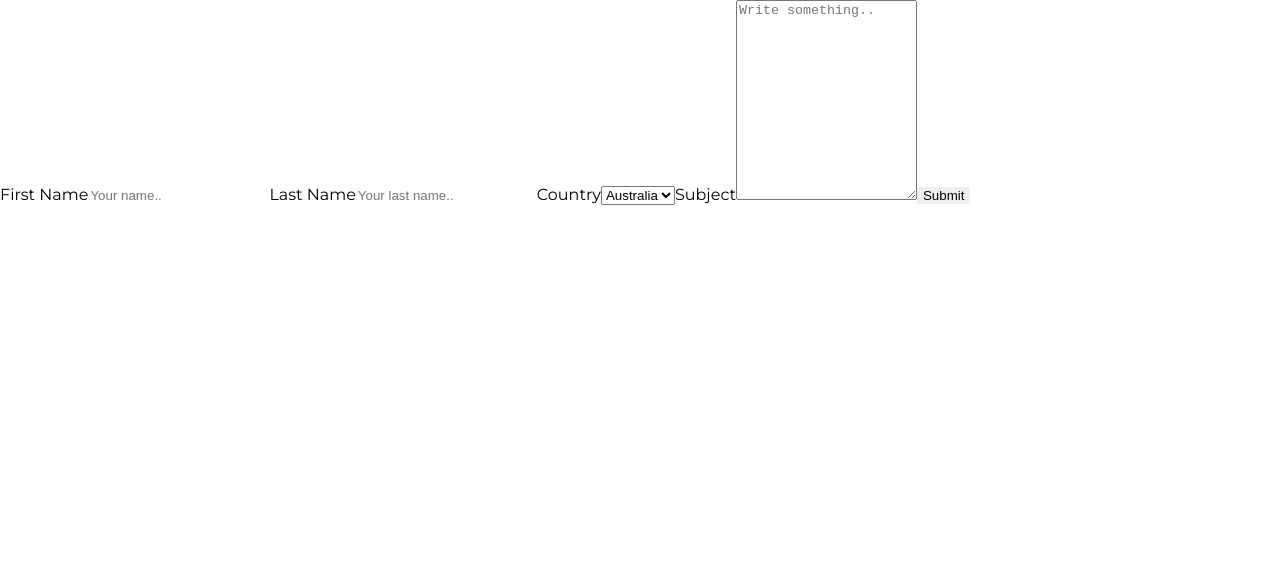
Repository: gabe126679/Mikes-site
Page: /contact
These files come from the project's save history. The page is drawn as it stood at one moment and after the next save; the edit follows.
The browser window is 1280 px wide. The pictures show the whole page.
Some web libraries are served in a nearby version. The project was rebuilt for these pictures with package versions that can differ from the ones it lists, and the page was loaded fresh each time. Also part of the build but not shown: src/components/Navbar.jsx, src/components/Header.jsx, src/components/Howitworks.jsx, src/components/Contact.jsx, src/components/About.jsx, src/components/Agentbox.jsx, src/components/Agent.jsx, src/components/PageAbout.jsx and 5 more.

Above is the page before, as saved 2022-04-19 15:13:26.

### public/index.html
<!DOCTYPE html>
<html lang="en">
  <head>
    <meta charset="utf-8" />
    <link rel="icon" href="%PUBLIC_URL%/favicon.ico" />
    <meta name="viewport" content="width=device-width, initial-scale=1" />
    <meta name="theme-color" content="#000000" />
    <meta
      name="description"
      content="Web site created using create-react-app"
    />
    <link rel="apple-touch-icon" href="%PUBLIC_URL%/logo192.png" />

    <link rel="manifest" href="%PUBLIC_URL%/manifest.json" />
    <script src="https://kit.fontawesome.com/95dc93da07.js"></script>
    <title>Mike's Homes</title>
  </head>
  <body>
    <noscript>You need to enable JavaScript to run this app.</noscript>
    <div id="root"></div>

  </body>
</html>

### src/index.js
import React from 'react';
import ReactDOM from 'react-dom/client';
import './index.css';
import App from './App';

// import About from './components/About';
// import {
//   BrowserRouter,
//   Routes,
//   Route,
// } from "react-router-dom";

const root = ReactDOM.createRoot(document.getElementById('root'));
root.render(
//   <BrowserRouter>
//     <Routes>
//       <Route path="/" element={<App />}>
//       <Route path="homes" element={<About />} />
//         {/* <Route path="teams" element={<Teams />}>
//             <Route path=":teamId" element={<Team />} />
//             <Route path="new" element={<NewTeamForm />} />
//             <Route index element={<LeagueStandings />} />
//         </Route> */}
//       </Route>
//     </Routes>
//   </BrowserRouter>,
<App />,

);

### src/index.css
@import url('https://fonts.googleapis.com/css2?family=Montserrat:wght@300;400;500;600&display=swap');

/***fontawesome <script src="https://kit.fontawesome.com/95dc93da07.js"></script> *********/



body{
    margin:0px;
    padding: 0px;

    background-color: #ffffff;
    font-family: 'Montserrat', sans-serif;
}
*{
    box-sizing: border-box;
}
ul{
    list-style: none;
}
a{
    text-decoration: none;
}
button{
    outline: none;
    border: none;
}
input{
    outline: none;
    border: none;
}

.logo img{
    width: 120px;
}
.header{

    width:100%;
    height:768px;
    position: relative;
    background-repeat: no-repeat;
    background-size: cover;
    background-image: url("./images/header-bg.png");
}
nav{
	display: flex;
	justify-content: space-around;
	align-items: center;
	left: 0;
	top: 0;
	width:100%;
	z-index: 1;
	background-color: #FFFFFF;
}
nav ul{
	display: flex;
}
.active{
    background-color: #236c7e;
    color:rgb(255, 255, 255);
	box-shadow: 5px 10px 30px rgba(64, 149, 198, 0.411);
	transition: all ease 0.2s;
}
nav ul li a{
	height:40px;
	line-height: 43px;
	margin: 3px;
	padding: 0px 22px;
	display: flex;
	font-size: 0.8rem;
	text-transform: uppercase;
	font-weight: 500;
	color:#242424;
    letter-spacing: 1px;
    border-radius: 3px;
    transition: 0.2s ease-in-out;
}
.property{
    font-family: calibri;
	height:40px;
	line-height: 43px;
	padding: 0px 10px;
	display: flex;
	font-size: 0.8rem;
	text-transform: uppercase;
	font-weight: 500;
	color:#ffffff;
    letter-spacing: 1px;
    border-radius: 3px;
    transition: 0.2s ease-in-out;
    background-color: #236c7e;
}
nav ul li a:hover{
	background-color: #064757;
    color:#FFFFFF;
	box-shadow: 5px 10px 30px rgba(64, 149, 198, 0.411);
	transition: all ease 0.2s;
}
nav .menu-btn,
.menu-icon{
		display:none;
	}
.intro{
	font-family: 'Montserrat';
	width: 500px;
	position: absolute;
	left: 16%;
	top: 50%;
	transform: translate(-20%,-50%);
}
.intro span{
    color: #fc9700;
}
.intro .details{
    color: #1e4f5c;
}
.intro h1{
	font-family:'Montserrat';
	font-size: 46px;
	margin:0px;
	letter-spacing: 3px;
	color:#236c7e;
}
.intro p{
    color: #064757; font-weight: 500;
}
.header-btn{
	width:110px;
	height: 40px;
	display: flex;
	justify-content: center;
    align-items: center;
    background-color: #236c7e;
    box-shadow: 5px 10px 30px rgba(2, 82, 255, 0.137);
    border-radius: 10px;
	color:#ffffff;
}
.header-btn:hover{
	background-color: #04afda;
    transition: all ease 0.5s;
    color: #ffffff;
    box-shadow: 5px 0px 30px rgba(2, 154, 255, 0.39);
}
.container {
    max-width: 1140px;
    margin: 0 auto;
    padding: 0 20px;
}

.flex {
    display: flex;
    justify-content: space-between;
}
.how-it-works {
    padding: 3rem 0;
    background: #236c7e;
    text-align: center;
}

.how-it-works h2 {
    margin-bottom: 3rem;
    font-size: 2rem;
    font-family: 'Montserrat';
    color: #ffffff;
    font-weight: 600;
    text-transform: uppercase;
}

.how-it-works .flex > div {
    width: 30%;
}

.how-it-works h4 {
    color: #ffffff;
    margin-top: 1rem;
}
.how-it-works p{
    color: rgb(255, 196, 0);
}

.how-it-works span.fas {
    color: #ffffff;
    font-size: 35px;
}
  .about{
	width:100%;
	height: 100vh;
	background-color:#ffffff;
	box-sizing: border-box;
	display: flex;
	align-items: center;
	justify-content: space-between;
	padding: 50px 5% 0px 5%;
	position: relative;
}
.about-text{
	width: 50%;
}
.about-text h2{
	font-size: 2rem;
	color:#236c7e;
	font-weight: 400;
}
.about-text h2{
	margin: 0px;
	padding: 0px;
}
.about-text p{
	font-size: 1.2rem;
	color:#3a3a3a;

}
.about-text button{
	width: 140px;
	height: 40px;
	border-radius: 10px;
	border: none;
    outline: none;
    color: #ffffff;
	background-color:#236c7e;
}
.about-text button:hover{
	background-color: #04afda;
    transition: all ease 0.3s;
    color: #ffffff;
    box-shadow: 5px 0px 30px rgba(2, 154, 255, 0.39);
}
.about-model img{
    height: 400px;
}

.agent{
    width:100%;
    height:110vh;
    box-sizing: border-box;
    font-family: calibri;
    display: flex;
    flex-direction: column;
    align-items: center;
    justify-content: center;
    padding-top: 40px ;
    background: #236c7e;
}

.a-heading h1{
    color:#ffffff;
    font-size: 3rem;
    margin: 0px;
    padding: 0px;

}
.a-heading p{
    color:rgb(238, 238, 238);
    font-size: 1rem;
    margin: 0px;
    padding: 0px;
}
.a-heading{
    text-align: center;
    margin: 20px 0px;
}
.a-box{
    background-color: #ffffff;
    width:350px;
    height: 500px;
    margin: 20px;
    border-radius: 10px;
    overflow: hidden;
    box-shadow: 2px 2px 12px rgba(0,0,0,0.1);
    position: relative;
}
.b-container{
    display: flex;
    justify-content: center;
    align-content: center;
    width: 100%;

}
.a-b-img{
    width: 100%;
    height: 70%;

}
.a-b-img img{
    width:100%;
    height: 100%;
    object-fit: contain;
}
.a-b-text{
    width: 100%;
    height: 30%;
    background-color:#ffffff;
    display:flex;
    justify-content: center;
    align-items: center;
    text-align: center;
    flex-direction: column;
}
.a-box:hover{
    transform:translateY(-10px);
    transition: all ease 0.3s;

}
.agent-btn{
	width:110px;
	height: 40px;
	display: flex;
	justify-content: center;
    align-items: center;
    background-color: #236c7e;
    box-shadow: 5px 10px 30px rgba(2, 82, 255, 0.137);
    border-radius: 10px;
	color:#ffffff;
}
.agent-btn:hover{
	background-color: #04afda;
    transition: all ease 0.5s;
    color: #ffffff;
    box-shadow: 5px 0px 30px rgba(2, 154, 255, 0.39);
}

.product{
	width: 100%;
	background-color: #FFFFFF;
	display: flex;
	height: 760px;
	flex-direction: column;
	align-items: center;
	padding:40px 20px;
	position: relative;
	border-radius: 10px;
	margin-top: 70px;
}


.p-heading{

	margin:20px;
	text-shadow: 2px 2px 10px rgba(0,0,0,0.05);
}
.p-heading h3{
	font-weight: 600;
	letter-spacing: 2px;
	text-align: center;
	font-size:2.5rem;
	color:#323543;

}
.p-heading h3 font{
	color:#303030;
}
.product-container{
	display: flex;
	justify-content: center;
	align-items: center;
	flex-wrap: wrap;
	margin: 10px 0px;
	width:100%;
}
.p-box{
	width:350px;
	height: 420px;
	display: flex;
	justify-content: center;
	align-items: center;
	flex-direction: column;
	border-radius: 12px;
	position: relative;
	margin: 20px 30px;
    background-color: rgb(255, 255, 255);
    box-shadow: 2px 2px 30px rgba(0,0,0,0.1);
}
.p-box img{
	height:150px;
}
.p-box p{
	color:#4d4d4d70;
	font-family: myriad pro;
	font-size: 0.9rem;
	letter-spacing: 0.5;
}
.price-container {
  display: flex;
  align-items: center;
  justify-content: center;
}
.price{
	color:#2c2c2c;
	font-family: poppins;
	font-size: 1rem;
  position: relative;
  bottom: 120px;
  width: 100%;
  height: 100px;
  text-align: center;
}
.container-reviews {
  display: flex;
  align-items: center;
  height: 100%;
  position: relative;
  top: -70px;
}
.buy-btn{
	position: absolute;
	width:140px;
	height: 60px;
	display: flex;
	justify-content: center;
	align-items: center;
	font-family:calibri;
	left: 50%;
	bottom: 20px;
	transform: translateX(-50%);
	border-radius: 15% 15% 15% 15% / 50% 50% 50% 50%;
	background:linear-gradient(120deg,#064757 20%,#04afda);
	color:#FFFFFF;
	display: none;
	animation: fade 0.2s;
}
.p-box:hover .buy-btn{
	display: flex;
}
.p-box:hover{
	box-shadow: 2px 2px 30px rgba(0, 0, 0, 0.233);
	background-color:#FFFFFF;
}
.p-box:hover .price{
	color:#04afda;
	transition: all ease 0.2s;
}

@keyframes fade{
	0%{
		opacity: 0;
	}
	100%{
		opacity: 1;
	}
}
.contact{
    background-color: #236c7e;
	display:flex;
	flex-direction: column;
	justify-content: center;
	align-items: center;
    margin:8px 3px;
    margin-top: 1000px;
    padding: 30px 0px;
  overflow: hidden;
}
.contact h3{
	font-size:2.5rem;
    margin:20px;
    color: #ffffff;
}
.contact-input{
	width:350px;
	height:50px;
	background-color:#FFFFFF;
	display:flex;
	justify-content: center;
	border-radius: 50px;
	box-shadow: 2px 2px 30px rgba(0,0,0,0.15);
}
.contact-input input{
	width:100%;
	background-color: transparent;
	border:none;
	outline: none;
	text-align: center;
	color:#242425;
}
.contact-input a{
	width:150px;
	height:35px;
	background-color:#236c7e;
	color:#FFFFFF;
	display: flex;
	font-size: 0.9rem;
	justify-content: center;
	align-items: center;
	margin: auto 10px;
	border-radius: 20px;
	font-weight: 500;
}

.carousel {
  font-family: sans-serif;
  display: flex;
  align-items: center;
  justify-content: center;
  height: 70vh;
  object-fit: contain;

}
.carousel-img {
  width: 100%;
  object-fit: fill;
}
@media(min-width:1285px) {
  .contact {
    margin-top: 550px;
  }
}
@media(max-width:1190px){
	.header{
        background-size: 1150px !important;
        text-align: center;
	}
	.intro{
		left: 10%;
		top: 50%;
		transform: translate(-10%,-50%);
	}
	.about-model img{
		height:400px;
    }
    .agent{
		height:auto;
    }
    .b-container{
		flex-wrap: wrap;
	}
    .a-box{
		flex-grow: 1;
	}
	.a-b-img img{
		object-fit:contain;
	}


}

@media(max-width:970px){
  .header {
    background-image: none;
  }
	.main{
		background-image: none !important;

	}
	.intro{
		left: 50%;
		top: 50%;
		transform: translate(-50%,-50%);
    }

	.about-model{
		display: none;
	}
	.about{
        text-align: center;
		justify-content: center;
		padding-top: 0px;
	}
	.about-text{
		width: 90%;
	}
	.about-text h1{
		font-size:4rem;
  }
  .product{
    width: 100%;
    background-color: #FFFFFF;
    display: flex;
    height: 760px;
    flex-direction: column;
    align-items: center;
    padding:40px 20px;
    position: relative;
    border-radius: 10px;
    margin-top: 70px;
  }


}
@media(max-width:875px){
  .carousel-item {
    display: none;
  }
}
@media(max-width:600px){
	.intro{
		width:60%;
    }}
    .scroll{
      left: 42.5%;
    }
  .header-btn{
    margin-right: 38%;
  }


    @media (max-width: 500px) {
        .how-it-works .flex {
            display: block;
        }
        .header-btn{
          margin-right: 28%;
        }
        .how-it-works .flex > div {
            width: 100%;
            margin-top: 2rem;
        }


@media(max-width:1100px){.menu-icon{
    display:block;}

        nav{
            justify-content: space-between;
            height: 65px;
            padding: 0px 30px;
            position: fixed;
        }
        .property{
            background: none;
            font-size: 13px;
            color: #000;
            padding: 0px;
        }
        .logo img{
            width:70px;
        }
        .menu{
            display:none;
            position:absolute;
            top:65px;
            left:0px;
            background-color:#FFFFFF;
            border-bottom:4px solid #064757;
            width:100%;
            padding:0px;
            margin:0px;
        }
        .menu li{
            width:100%;
        }
        nav .menu li a{
            width:100%;
            height:40px;
            justify-content: center;
            align-items: center;
            margin:0px;
            padding: 25px;
            border:1px solid rgba(38,38,38,0.03);
        }
        nav .menu-icon{
            cursor:pointer;
            float:right;
            padding:28px 20px;
            position:relative;
            user-select: none;
        }
        nav .menu-icon .nav-icon{
            background-color:#333333;
            display:block;
            height:2px;
            position:relative;
            transition: background 0.2s ease-out;
            width:20px;
        }
        nav .menu-icon .nav-icon:before,
        nav .menu-icon .nav-icon:after{
            background:#333;
            content:'';
            display:block;
            height:100%;
            position:absolute;
            transition:all ease-out 0.2s;
            width:100%;
        }
        nav .menu-icon .nav-icon:before{
            top:5px;
        }
        nav .menu-icon .nav-icon:after{
            top:-5px;
        }
        nav .menu-btn:checked ~ .menu-icon .nav-icon{
            background:transparent;
        }
        nav .menu-btn:checked ~ .menu-icon .nav-icon:before{
            transform: rotate(-45deg);
            top:0;
        }
        nav .menu-btn:checked ~ .menu-icon .nav-icon:after{
            transform: rotate(45deg);
            top:0;
        }
        nav .menu-btn{
            display:none;
        }
        nav .menu-btn:checked ~ .menu{
            display:block;
        }}
        @media(max-width:400px){
            .s-box{
                width: 100%;
                height:400px;
            }
            .header-btn{
              margin-left: 38%;
            }

        }}

### src/App.js
import React from 'react';
import Header from './components/Header'
import Howitworks from './components/Howitworks'
import About from './components/About'
import PageAbout from './components/PageAbout'
import Agent from './components/Agent'
import Properties from './components/Properties'
import PageContact from './components/PageContact'
import All from './components/All'
import {
  BrowserRouter,
  Routes,
  Route,
} from "react-router-dom";


function App() {
  return (
    <div className="App">
      <BrowserRouter>
        <Routes>
          <Route
            path="/"
            element={<All />}
          />
          <Route
            path="/about"
            element={<PageAbout />}
          />
          <Route
            path="/contact"
            element={<PageContact />}
          />
          <Route
            path="/Howitworks"
            element={<Howitworks />}
          />
        </Routes>

          {/* <Header />
          <Howitworks />
          <About />
          <Agent />
          <Properties />
          <Contact /> */}

      </BrowserRouter>
    </div>
  );
}

export default App;

### src/components/PageContact.jsx
import React from "react";
import styled from 'styled-components/macro';
import Dog from '../images/home-2.jpg';


const Section = styled.div`
  padding: 20px;
  display: flex;
  justify-content: center;
  align-items: center;
`;

const PageContact = () => {

  return (
    <div>
      <form action="action_page.php">
        <label htmlFor="fname">First Name</label>
        <input type="text" id="fname" name="firstname" placeholder="Your name.." />
        <label htmlFor="lname">Last Name</label>
        <input type="text" id="lname" name="lastname" placeholder="Your last name.." />
        <label htmlFor="country">Country</label>
        <select id="country" name="country">
          <option value="australia">Australia</option>
          <option value="canada">Canada</option>
          <option value="usa">USA</option>
        </select>
        <label htmlFor="subject">Subject</label>
        <textarea id="subject" name="subject" placeholder="Write something.." style={{height: '200px'}} defaultValue={""} />
        <input type="submit" defaultValue="Submit" />
      </form>
    </div>

  );
};

export default PageContact;

After the next save:
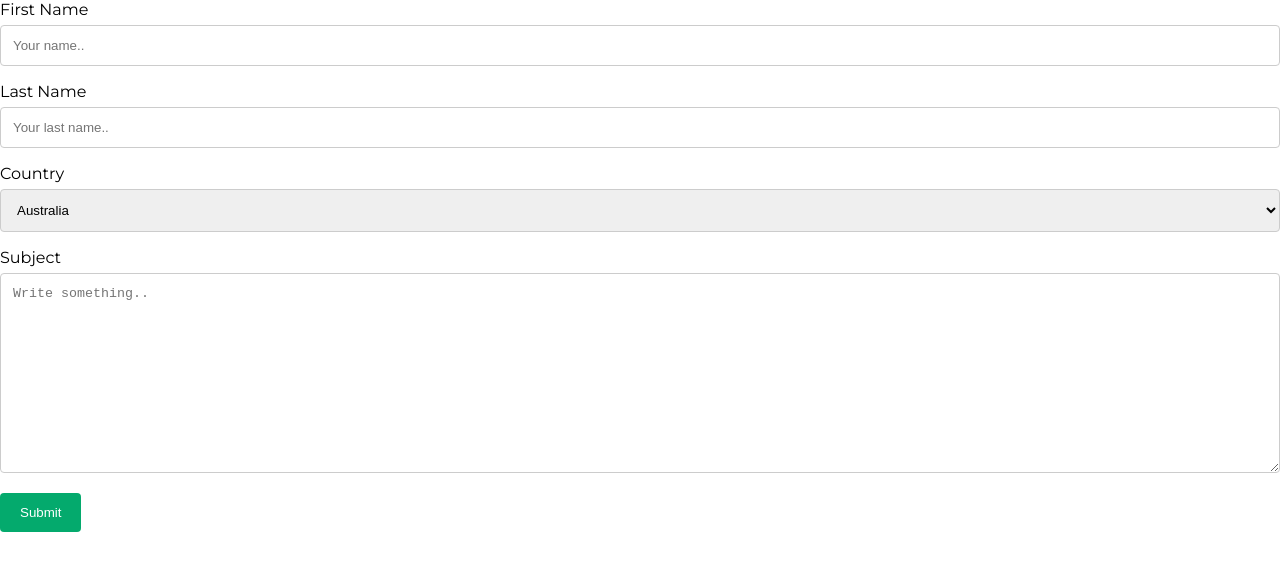
Saved 55 s later.
--- a/src/index.css
+++ b/src/index.css
@@ -496,6 +496,36 @@ nav .menu-btn,
 .carousel-img {
   width: 100%;
   object-fit: fill;
+}
+input[type=text], select, textarea {
+  width: 100%; /* Full width */
+  padding: 12px; /* Some padding */
+  border: 1px solid #ccc; /* Gray border */
+  border-radius: 4px; /* Rounded borders */
+  box-sizing: border-box; /* Make sure that padding and width stays in place */
+  margin-top: 6px; /* Add a top margin */
+  margin-bottom: 16px; /* Bottom margin */
+  resize: vertical /* Allow the user to vertically resize the textarea (not horizontally) */
+}
+
+/* Style the submit button with a specific background color etc */
+input[type=submit] {
+  background-color: #04AA6D;
+  color: white;
+  padding: 12px 20px;
+  border: none;
+  border-radius: 4px;
+  cursor: pointer;
+}
+
+/* When moving the mouse over the submit button, add a darker green color */
+input[type=submit]:hover {
+  background-color: #45a049;
+}
+.container {
+  border-radius: 5px;
+  background-color: #f2f2f2;
+  padding: 20px;
 }
 @media(min-width:1285px) {
   .contact {
